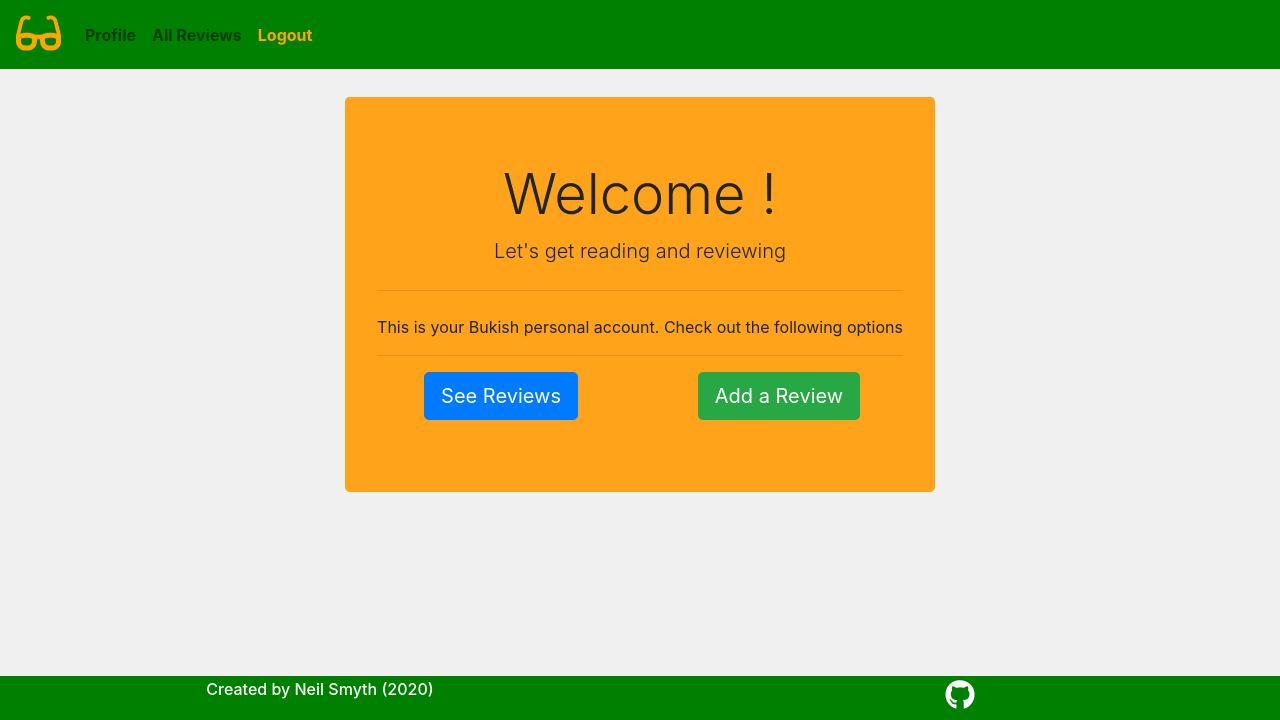
Repository: NeiloErnesto89/Data_Centric_Dev_Milestone_Project3
Page: templates/bio.html
The author's editor kept a record of every edit. The page is drawn from the files as they stood at one moment, then again after the next edit.
The browser window is 1280 px wide. The pictures show the whole page.
Some web libraries are served in a nearby version. The template is drawn by Flask 3. The application's start-up code is not run. The template is opened directly, without the code that normally fills it, so the values that code supplies are empty.

Above is the page before.

After the next edit:
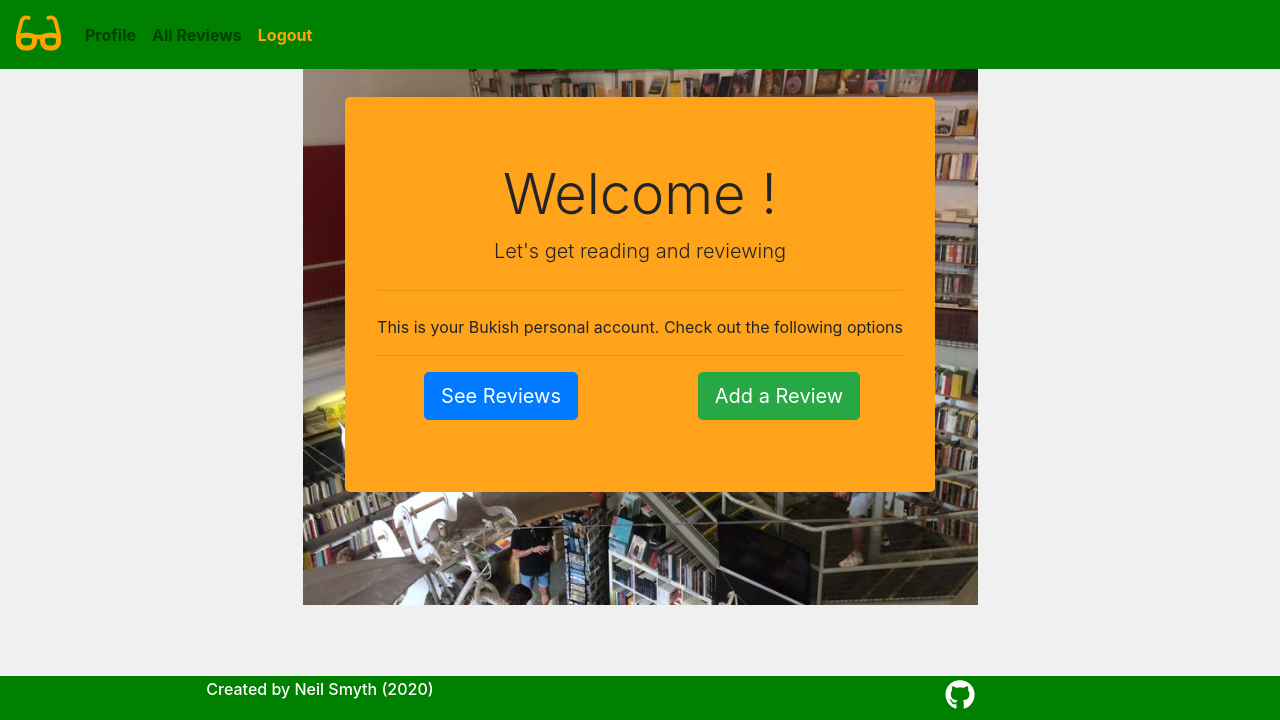
The edit:
--- a/static/css/style.css
+++ b/static/css/style.css
@@ -4,7 +4,7 @@
   /* margin: 0; */
 }
 
-.cover-container1 {
+.cover-container {
 
   background: url("../images/libs.jpg") no-repeat center center fixed;
 
